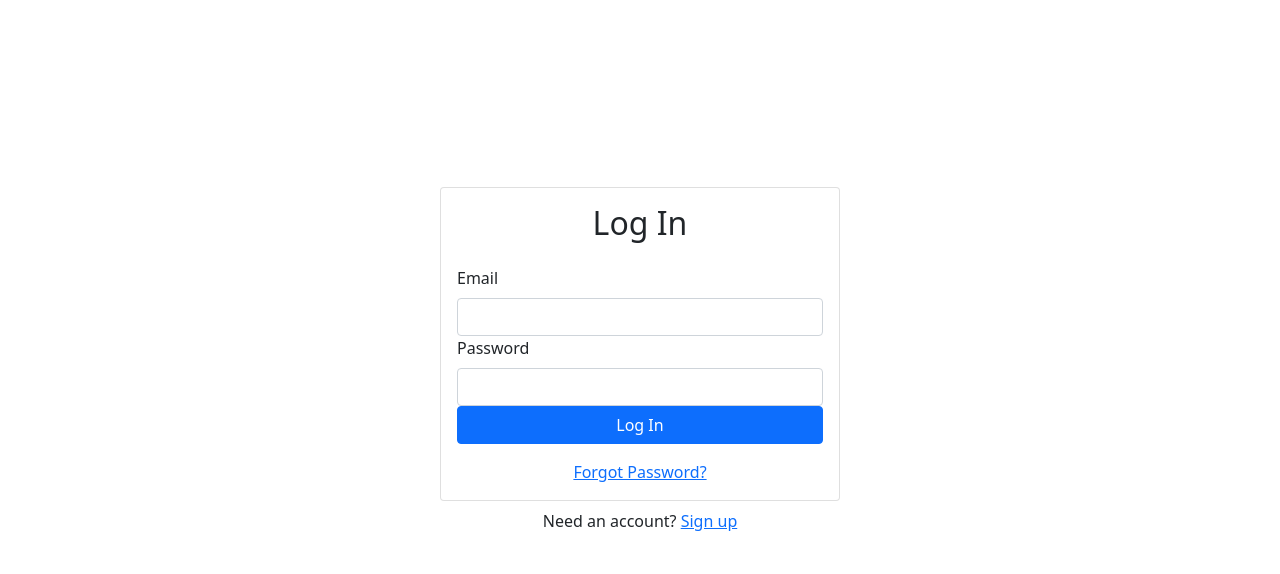
Repository: SirZeck/gg-drive
Page: /login
These files come from the project's save history. The page is drawn as it stood at one moment and after the next save; the edit follows.
The browser window is 1280 px wide. The pictures show the whole page.
The project was rebuilt for these pictures with package versions that can differ from the ones it lists, and the page was loaded fresh each time. Also part of the build but not shown: src/components/Signup.js, src/components/Dashboard.js, src/components/PrivateRoute.js, src/components/ForgotPassword.js.

Above is the page before, as saved 2021-09-28 18:20:53.

After the next save:
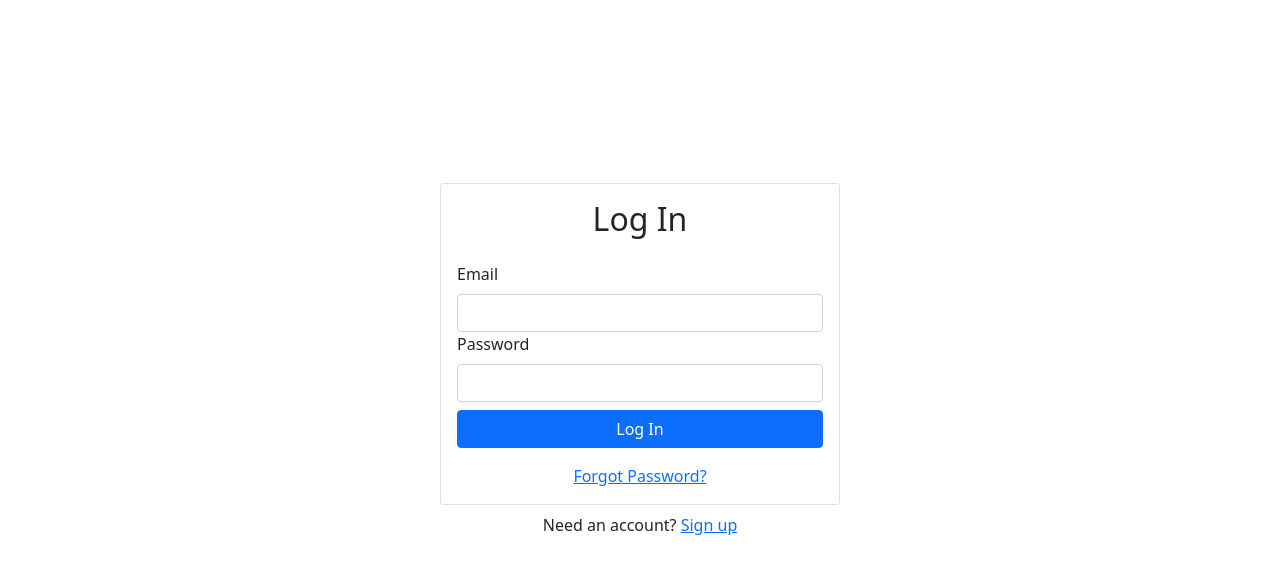
Saved 52 s later.
--- a/src/components/Login.js
+++ b/src/components/Login.js
@@ -43,7 +43,7 @@ export default function Login() {
                             <Form.Control type="password" ref={passwordRef} required />
                         </Form.Group>
 
-                        <Button disabled={loading} className="w-100" type="submit">
+                        <Button disabled={loading} className="w-100 mt-2" type="submit">
                             Log In
                         </Button>
                     </Form>
